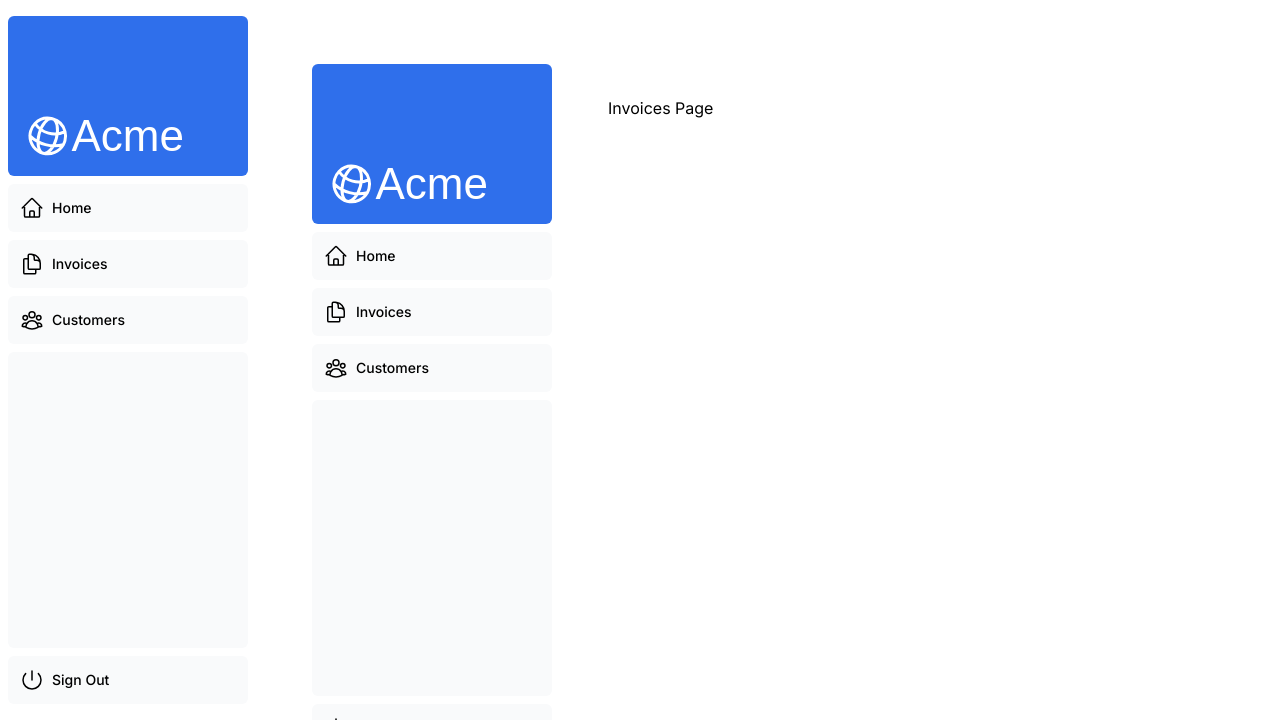
Repository: zhaoljgithub/nextjs-dashboard
Page: /dashboard/invoices
These files come from the project's save history. The page is drawn as it stood at one moment and after the next save; the edit follows.
The browser window is 1280 px wide. The pictures show the whole page.
An inner scrolling area shows only its first screen. Some web fonts or font styles are not loaded; a fallback is used. The project was rebuilt for these pictures with package versions that can differ from the ones it lists, and the page was loaded fresh each time. The framework's server and built-in components were replaced by stand-ins that run in the browser. Also part of the build but not shown: next.config.js.

Above is the page before, as saved 2024-04-10 11:10:12.

### app/ui/dashboard/sidenav.tsx
import Link from 'next/link';
import NavLinks from '@/app/ui/dashboard/nav-links';
import AcmeLogo from '@/app/ui/acme-logo';
import { PowerIcon } from '@heroicons/react/24/outline';

export default function SideNav() {
  return (
    <div className="flex h-full flex-col px-3 py-4 md:px-2">
      <Link
        className="mb-2 flex h-20 items-end justify-start rounded-md bg-blue-600 p-4 md:h-40"
        href="/"
      >
        <div className="w-32 text-white md:w-40">
          <AcmeLogo />
        </div>
      </Link>
      <div className="flex grow flex-row justify-between space-x-2 md:flex-col md:space-x-0 md:space-y-2">
        <NavLinks />
        <div className="hidden h-auto w-full grow rounded-md bg-gray-50 md:block"></div>
        <form>
          <button className="flex h-[48px] w-full grow items-center justify-center gap-2 rounded-md bg-gray-50 p-3 text-sm font-medium hover:bg-sky-100 hover:text-blue-600 md:flex-none md:justify-start md:p-2 md:px-3">
            <PowerIcon className="w-6" />
            <div className="hidden md:block">Sign Out</div>
          </button>
        </form>
      </div>
    </div>
  );
}

### app/ui/dashboard/nav-links.tsx
'use client';

import {
  UserGroupIcon,
  HomeIcon,
  DocumentDuplicateIcon,
} from '@heroicons/react/24/outline';
import Link from 'next/link';

// Map of links to display in the side navigation.
// Depending on the size of the application, this would be stored in a database.
const links = [
  { name: 'Home', href: '/dashboard', icon: HomeIcon },
  {
    name: 'Invoices',
    href: '/dashboard/invoices',
    icon: DocumentDuplicateIcon,
  },
  { name: 'Customers', href: '/dashboard/customers', icon: UserGroupIcon },
];

export default function NavLinks() {
  return (
    <>
      {links.map((link) => {
        const LinkIcon = link.icon;
        return (
          <Link
            key={link.name}
            href={link.href}
            className="flex h-[48px] grow items-center justify-center gap-2 rounded-md bg-gray-50 p-3 text-sm font-medium hover:bg-sky-100 hover:text-blue-600 md:flex-none md:justify-start md:p-2 md:px-3"
          >
            <LinkIcon className="w-6" />
            <p className="hidden md:block">{link.name}</p>
          </Link>
        );
      })}
    </>
  );
}

Loaded but not shown: app/layout.tsx (common file); app/dashboard/layout.tsx (common file); app/dashboard/invoices/layout.tsx (common file); app/dashboard/invoices/page.tsx (common file); app/ui/global.css (common file); app/ui/fonts.ts (common file); app/ui/acme-logo.tsx (common file); tailwind.config.ts (common file)

After the next save:
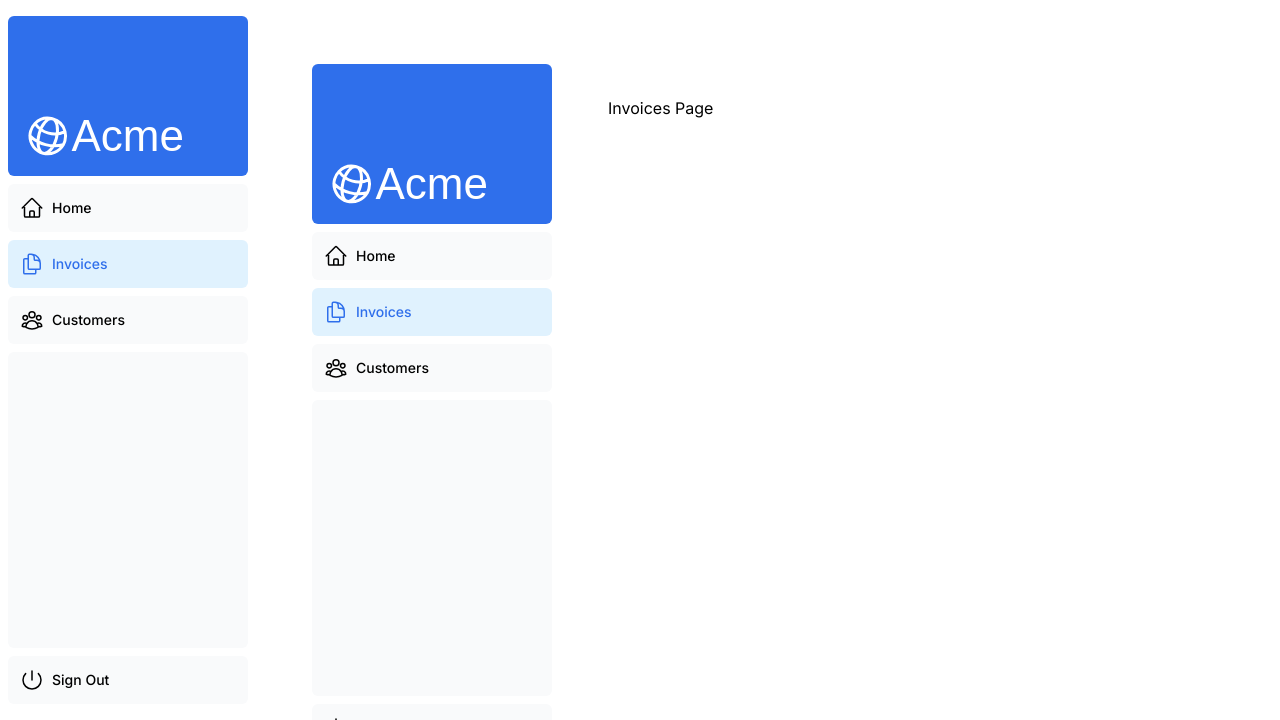
Saved 56 s later.
--- a/app/ui/dashboard/nav-links.tsx
+++ b/app/ui/dashboard/nav-links.tsx
@@ -6,6 +6,8 @@
   DocumentDuplicateIcon,
 } from '@heroicons/react/24/outline';
 import Link from 'next/link';
+import { usePathname } from 'next/navigation';
+import clsx from 'clsx';
 
 // Map of links to display in the side navigation.
 // Depending on the size of the application, this would be stored in a database.
@@ -20,6 +22,7 @@
 ];
 
 export default function NavLinks() {
+  const pathname = usePathname();
   return (
     <>
       {links.map((link) => {
@@ -28,7 +31,12 @@
           <Link
             key={link.name}
             href={link.href}
-            className="flex h-[48px] grow items-center justify-center gap-2 rounded-md bg-gray-50 p-3 text-sm font-medium hover:bg-sky-100 hover:text-blue-600 md:flex-none md:justify-start md:p-2 md:px-3"
+            className={clsx(
+              'flex h-[48px] grow items-center justify-center gap-2 rounded-md bg-gray-50 p-3 text-sm font-medium hover:bg-sky-100 hover:text-blue-600 md:flex-none md:justify-start md:p-2 md:px-3',
+              {
+                'bg-sky-100 text-blue-600': pathname === link.href,
+              },
+            )}
           >
             <LinkIcon className="w-6" />
             <p className="hidden md:block">{link.name}</p>
